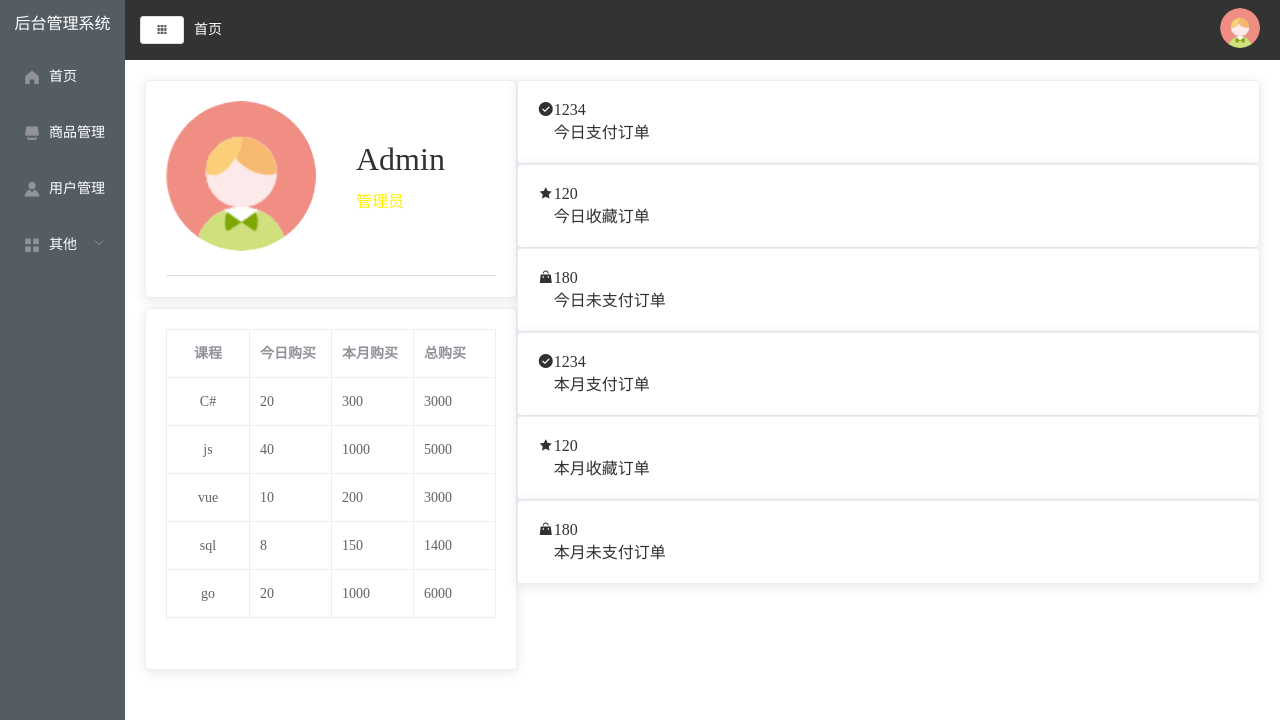
Repository: tkqi/manage
Page: /
An editor plug-in stored every save of this project. The page is shown before and after the next save, followed by the edit.
The browser window is 1280 px wide. The pictures show the whole page.
The project was rebuilt for these pictures with package versions that can differ from the ones it lists, and the page was loaded fresh each time. Also part of the build but not shown: vue.config.js.

Above is the page before, as saved 2023-12-06 11:03:02.

### src/main.js
import Vue from 'vue'
import App from './App.vue'
import router from './router'
import store from './store'
import ElementUI from 'element-ui';
import 'element-ui/lib/theme-chalk/index.css';

Vue.config.productionTip = false
Vue.use(ElementUI);

new Vue({
  router,
  store,
  render: h => h(App)
}).$mount('#app')

### src/App.vue
<template>
  <div id="app">
    <!-- 路由出口 -->
    <router-view />
  </div>
</template>

<script>
export default {
  name: 'App'
}
</script>

<style lang="less">
html,
body,
h3,
p {
  margin: 0;
  padding: 0;
}
</style>

### src/router/index.js
import Vue from 'vue'
import VueRouter from 'vue-router'
import routes from './routes'
Vue.use(VueRouter)


const router = new VueRouter({
  routes: routes
})

// 暴露router实例
export default router

### src/store/index.js
import Vue from 'vue'
import Vuex from 'vuex'
import tab from './tab.js'

Vue.use(Vuex)

const store = new Vuex.Store({
  state: {

  },
  getters: {
  },
  mutations: {
  },
  actions: {
  },
  modules: {
    tab
  }
})

export default store;

### src/router/routes.js
export default [
    // 主路由
    {
        path: '/',
        component: () => import('../views/Main.vue'),
        redirect: '/home',// 重定向
        // 子路由
        children: [
            {
                // 首页
                path: '/home',
                // 路由组件懒加载
                component: () => import('../views/Home.vue')
            },
            {
                // 用户管理
                path: '/user',
                component: () => import('../views/User.vue')
            },
            {
                // 商品管理
                path: '/mall',
                component: () => import('../views/Mall.vue')
            },
            {
                // 其他/页面1
                path: '/page1',
                component: () => import('../views/Page1.vue')
            },
            {
                // 其他/页面2
                path: '/page2',
                component: () => import('../views/Page2.vue')
            },
        ]
    },
    {
        path: '/home',
        // 路由组件懒加载
        component: () => import('../views/Home.vue')
    },
    {
        path: '/user',
        component: () => import('../views/User.vue')
    }
]

### src/store/tab.js
// 菜单相关数据
export default {
    state: {
        isCollapse: false
    },
    getters: {
        getisCollapse: (state) => state.isCollapse
    },
    mutations: {
        EDITIsCollapse(state){
            state.isCollapse = !state.isCollapse;
        }
    }
}

### src/views/Main.vue
<!-- eslint-disable vue/multi-word-component-names -->
<template>
    <div>
        <el-container>
            <el-aside width="auto">
                <sidebar />
            </el-aside>
            <el-container>
                <el-header>
                    <topbar />
                </el-header>
                <el-main>
                    <transition>
                        <keep-alive>
                            <router-view />
                        </keep-alive>
                    </transition>
                </el-main>
            </el-container>
        </el-container>
    </div>
</template>

<script>
import sidebar from '../components/sidebar.vue'
import topbar from '../components/topbar.vue';
export default {
    components: {
        sidebar,
        topbar
    }
}
</script>

<style lang="less" scoped>
.el-header {
    padding: 0;
    margin: 0;
}
</style>

### src/views/Home.vue
<!-- eslint-disable vue/multi-word-component-names -->
<template>
    <el-row>
        <el-col :span="8">
            <div>
                <el-card class="box-card">
                    <div class="user">
                        <img class="img" src="../assets/img/user-default.png" alt="">
                        <div class="user-info">
                            <P class="name">Admin</P>
                            <p class="access">管理员</p>
                        </div>
                    </div>
                    <el-divider></el-divider>
                    <div class="login-info">
                        <p>上次登录时间: <span>2023-12-03</span></p>
                        <p>上次登录地点: <span>绍兴</span></p>
                    </div>
                </el-card>
                <el-card class="table">
                    <el-table :data="tableData" border style="width: 100%">
                        <el-table-column prop="course" label="课程" :min-width="30" width="auto" align="center">
                        </el-table-column>
                        <el-table-column prop="buytoday" label="今日购买" :min-width="30" width="auto">
                        </el-table-column>
                        <el-table-column prop="buythemonth" label="本月购买" :min-width="30" width="auto">
                        </el-table-column>
                        <el-table-column prop="buyall" label="总购买" :min-width="30" width="auto">
                        </el-table-column>
                    </el-table>
                </el-card>
            </div>
        </el-col>
        <el-col :span="16">
            <div class="buy">
                <el-card v-for="(item, index) in countData" :key="index" :body-style="{display:'flex'}">
                    <i class="icon" :class="`el-icon-${item.icon}`"></i>
                    <div>
                        <p>{{ item.value }}</p>
                        <p>{{ item.label }}</p>
                    </div>
                </el-card>
            </div>
        </el-col>
    </el-row>
</template>

<script>
export default {
    data() {
        return {
            tableData: [
                {
                    course: 'C#',
                    buytoday: 20,
                    buythemonth: 300,
                    buyall: 3000
                },
                {
                    course: 'js',
                    buytoday: 40,
                    buythemonth: 1000,
                    buyall: 5000
                },
                {
                    course: 'vue',
                    buytoday: 10,
                    buythemonth: 200,
                    buyall: 3000
                },
                {
                    course: 'sql',
                    buytoday: 8,
                    buythemonth: 150,
                    buyall: 1400
                },
                {
                    course: 'go',
                    buytoday: 20,
                    buythemonth: 1000,
                    buyall: 6000
                }
            ],
            countData:[
                {
                    label:'今日支付订单',
                    value:1234,
                    color:'#2ec7c9',
                    icon:'success'
                },
                {
                    label:'今日收藏订单',
                    value:120,
                    color:'#ffb980',
                    icon:'star-on'
                },
                {
                    label:'今日未支付订单',
                    value:180,
                    color:'#5ab1ef',
                    icon:'s-goods'
                },
                {
                    label:'本月支付订单',
                    value:1234,
                    color:'#2ec7c9',
                    icon:'success'
                },
                {
                    label:'本月收藏订单',
                    value:120,
                    color:'#ffb980',
                    icon:'star-on'
                },
                {
                    label:'本月未支付订单',
                    value:180,
                    color:'#5ab1ef',
                    icon:'s-goods'
                }
            ]
        }
    }
}
</script>
<style lang="less" scoped>
.box-card {
    height: 30vh;
    .user {
        display: flex;
        align-items: center;
        padding-right: 0px;

        .user-info {
            .name {
                font-size: 32px;
                margin-bottom: 10px;
            }

            .access {
                color: #fff000;
            }
        }

        img {
            height: 150px;
            width: 150px;
            border-radius: 50%;
            margin-right: 40px;
        }
    }
}

.login-info {
    line-height: 25px;

    p {
        font-size: 12px;

        span {
            font-size: 12px;
            margin-left: 50px;
        }
    }
}

.table {
    margin-top: 10px;
    height: 50vh;
    el-table{
        height: 100%;
    }
}
</style>

### src/components/sidebar.vue
<!-- eslint-disable vue/multi-word-component-names -->
<template>
    <el-menu class="menu" @open="handleOpen" @close="handleClose" :collapse="isCollapse" background-color="#545c64"
        text-color="#fff" active-text-color="#ffd04b">
        <h3>{{ !isCollapse?'后台管理系统':'后台' }}</h3>
        <el-menu-item v-for="item in noChildren" :key="item.name" :index="item.name" @click="clickMenu(item)">
            <i :class="`el-icon-${item.icon}`"></i>
            <span slot="title">{{ item.label }}</span>
        </el-menu-item>
        <el-submenu v-for="item in hasChildren" :key="item.label" :index="item.label">
            <template slot="title">
                <i :class="`el-icon-${item.icon}`"></i>
                <span slot="title">{{ item.label }}</span>
            </template>
            <el-menu-item-group v-for="subitem in item.children" :key="subitem.name">
                <el-menu-item :index="subitem.name" @click="clickSubmenu(subitem)">
                    <!-- <template slot="title"> -->
                    <i :class="`el-icon-${subitem.icon}`"></i>
                    <span slot="title">{{ subitem.name }}</span>
                    <!-- </template> -->
                </el-menu-item>
            </el-menu-item-group>
        </el-submenu>
    </el-menu>
</template>

<script>
export default {
    computed: {
        // 无子菜单
        noChildren() {
            return this.menuData.filter(o => !o.children);
        },
        // 有子菜单
        hasChildren() {
            return this.menuData.filter(o => o.children);
        },
        isCollapse() {
           return this.$store.state.tab.isCollapse;
        }
    },
    data() {
        return {
            // 使用store实时改变属性需要定义到computed
            // isCollapse: this.$store.getters('getisCollapse'),
            menuData: [
                {
                    path: '/',
                    name: 'home',
                    label: "首页",
                    icon: 's-home',
                    url: 'Home/Home'
                },
                {
                    path: '/mall',
                    name: 'mall',
                    label: "商品管理",
                    icon: 's-shop',
                    url: 'MallManage/MallManage'
                },
                {
                    path: '/user',
                    name: 'user',
                    label: "用户管理",
                    icon: 's-custom',
                    url: 'UserManage/UserManage'
                },
                {
                    label: '其他',
                    icon: 'menu',
                    children: [
                        {
                            path: '/page1',
                            name: 'page1',
                            label: "页面1",
                            icon: 's-claim',
                            url: 'Other/PageOne'
                        },
                        {
                            path: '/page2',
                            name: 'page2',
                            label: "页面2",
                            icon: 's-claim',
                            url: 'Other/PageTwo'
                        },
                    ]
                }
            ]
        };
    },
    methods: {
        handleOpen(key, keyPath) {
            console.log(key, keyPath);
        },
        handleClose(key, keyPath) {
            console.log(key, keyPath);
        },
        clickMenu(item) {
            console.log(this.$router.currentRoute.path);
            // 判断当前路由于点击链接的路由不一致才跳转
            if (item.path != this.$route.path && !(this.$route.path == '/home' && item.path == '/'))
                this.$router.push(item.path);
        },
        clickSubmenu(subitem) {
            // 判断当前路由于点击链接的路由不一致才跳转
            if (subitem.path != this.$route.path)
                this.$router.push(subitem.path);
        }
    }
}
</script>

<style lang="less" scoped>
.el-menu-vertical-demo:not(.el-menu--collapse) {
    width: 200px;
    min-height: 400px;
}

.menu {
    height: 100vh;
    border-right:0;
    h3 {
        color: rgb(255, 255, 255);
        text-align: center;
        line-height: 48px;
        font-size: 16px;
        font-weight: 400;
    }
}
</style>

### src/components/topbar.vue
<!-- eslint-disable vue/multi-word-component-names -->
<template>
    <div class="head-container">
        <div class="l-content">
            <el-button icon="el-icon-s-grid" size="mini" @click="changeCollapse()"/>
            <!-- 面包屑 -->
            <span class="text">首页</span>
        </div>
        <div class="r-content">
            <el-dropdown>
                <span class="el-dropdown-link">
                    <img class="img" src="../assets/img/user-default.png" alt="">
                </span>
                <el-dropdown-menu slot="dropdown">
                    <el-dropdown-item>个人中心</el-dropdown-item>
                    <el-dropdown-item>退出</el-dropdown-item>
                </el-dropdown-menu>
            </el-dropdown>
        </div>
    </div>
</template>

<script>
export default {
    data(){
        return{

        }
    },
    methods:{
        changeCollapse(){
            console.log(1);
            this.$store.commit('EDITIsCollapse');
        }
    }
}
</script>

<style lang="less" scoped>
.head-container {
    background-color: #333;
    height: 60px;
    display: flex;
    justify-content: space-between;
    align-items: center;
    padding-left: 15px;
    padding-right: 20px;
}

// .l-content {
//     padding-left: 15px;
// }

// .r-content {}

.text {
    color: white;
    font-size: 14px;
    padding-left: 10px;
}

.img{
    height: 40px;
    width: 40px;
    border-radius: 50%;
}
</style>

Loaded but not shown: public/index.html (common file)

After the next save:
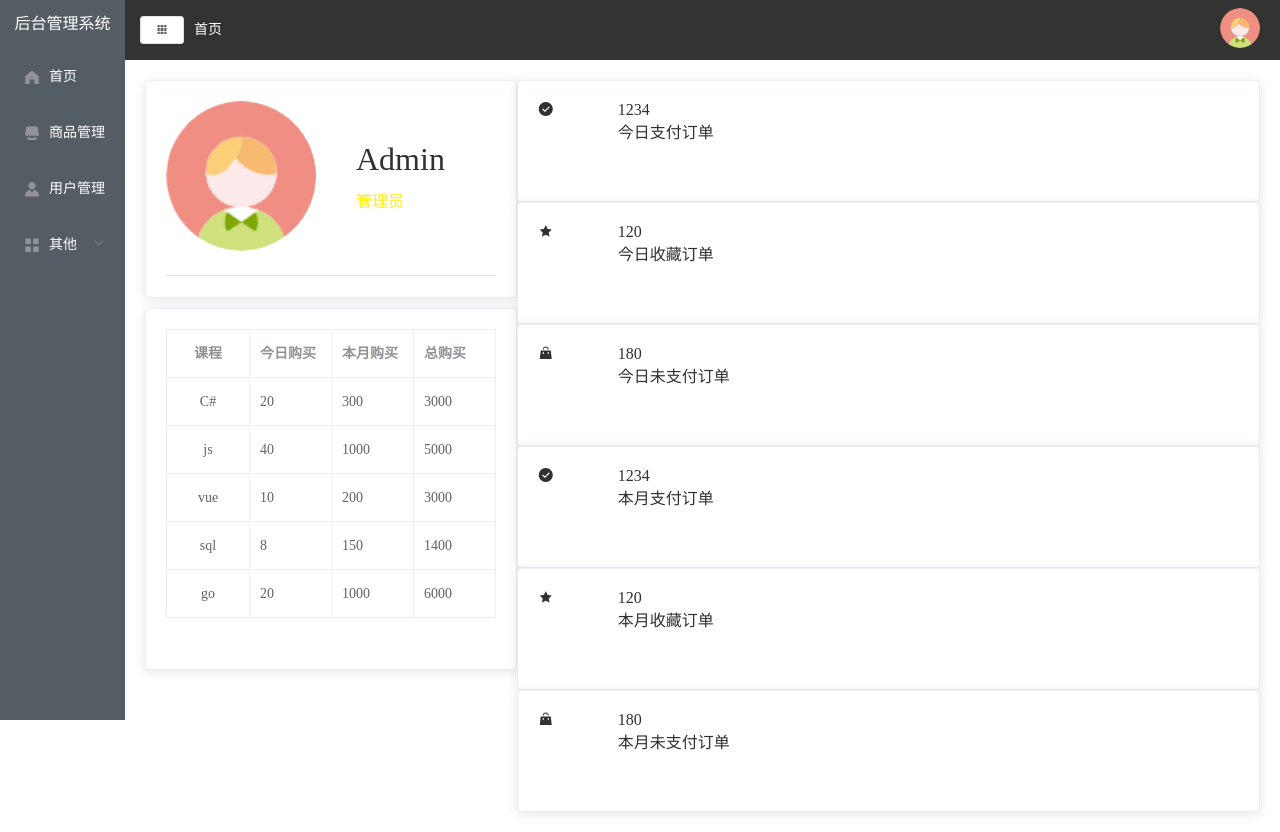
Saved 2 min 59 s later.
--- a/src/views/Home.vue
+++ b/src/views/Home.vue
@@ -171,4 +171,9 @@ export default {
         height: 100%;
     }
 }
+
+.icon{
+    width: 80px;
+    height: 80px;
+}
 </style>
